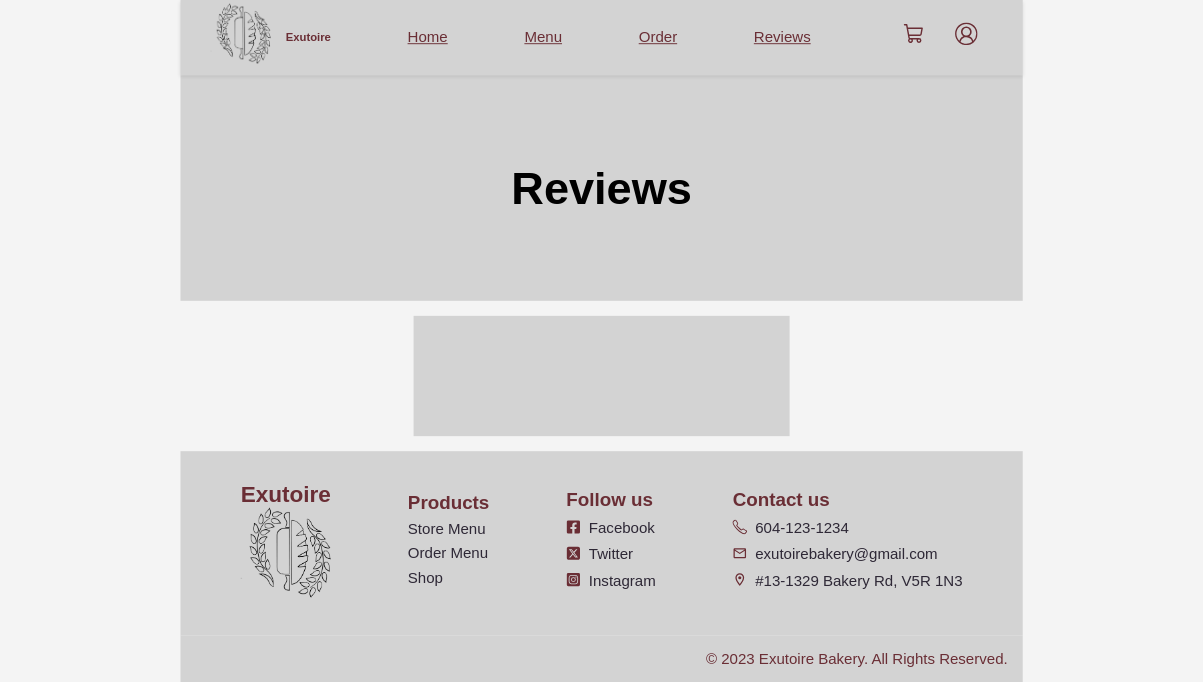
Repository: MelissaJacobi/COMP3170-final-proj
Page: /Reviews
These files come from the project's save history. The page is drawn as it stood at one moment and after the next save; the edit follows.
The browser window is 1280 px wide. The pictures show the whole page, at 94% of full size.
The project was rebuilt for these pictures with package versions that can differ from the ones it lists, and the page was loaded fresh each time. Also part of the build but not shown: vite.config.js, src/pages/ShoppingCart.module.css, src/components/ShoppingCartCard.module.css, src/components/ShoppingCartCard.jsx, src/components/OrderTotal.jsx, src/pages/ShoppingCart.jsx, src/pages/Profile.module.css, src/pages/Profile.jsx and 32 more.

Above is the page before, as saved 2024-10-19 19:05:57.

After the next save:
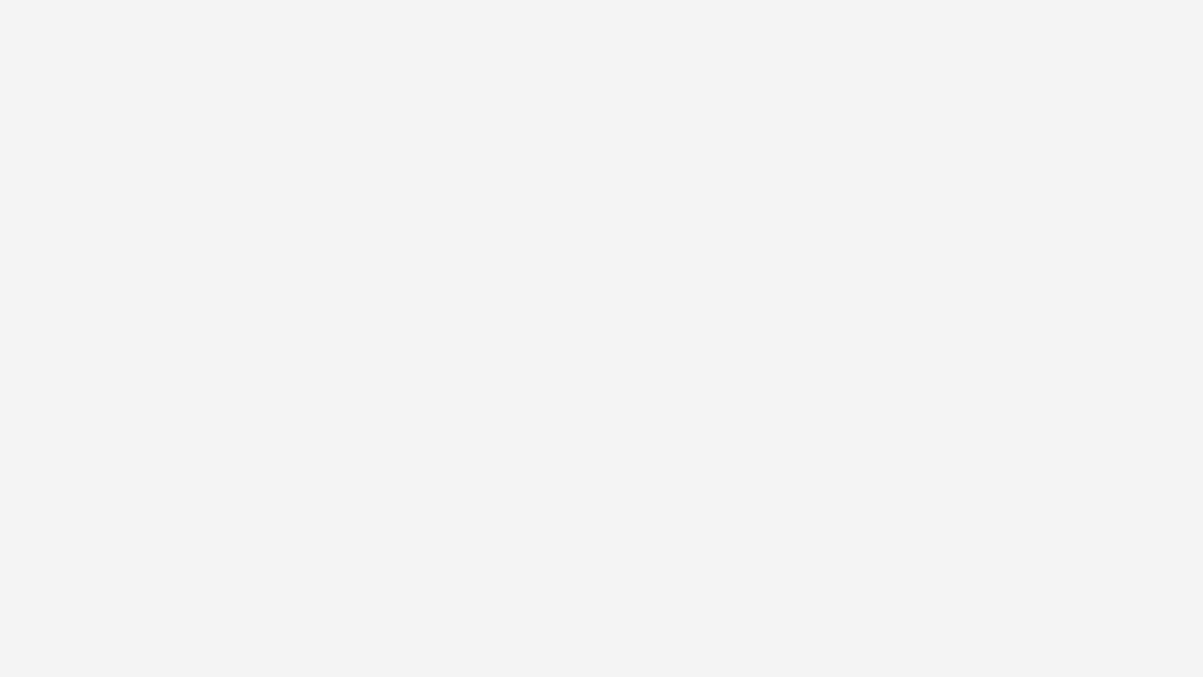
Console error: ReferenceError: placeholder is not defined
Saved 2 min 36 s later.
--- a/src/components/Review.jsx
+++ b/src/components/Review.jsx
@@ -1,9 +1,10 @@
 import styles from "./Review.module.css"
+import profile from "../assets/images/profile.webp";
 
 export default function Review() {
     return (
       <div className={styles.container}>
-
+        <img src={placeholder} className={styles.productImg} />
       </div>
     );
   }

After the save that followed:
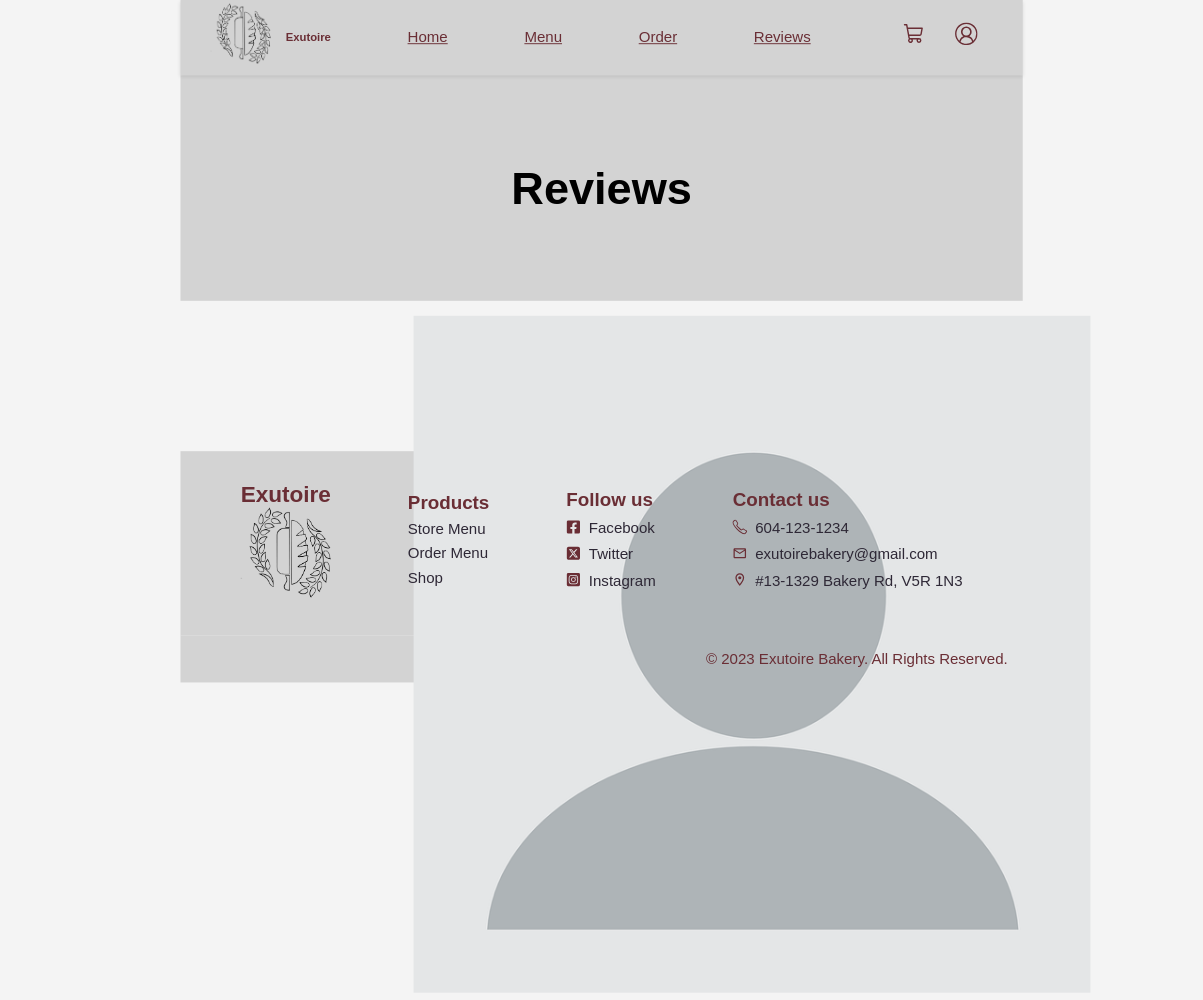
The error is gone.
Saved 12 s later.
--- a/src/components/Review.jsx
+++ b/src/components/Review.jsx
@@ -4,7 +4,7 @@
 export default function Review() {
     return (
       <div className={styles.container}>
-        <img src={placeholder} className={styles.productImg} />
+        <img src={profile} className={styles.productImg} />
       </div>
     );
   }
